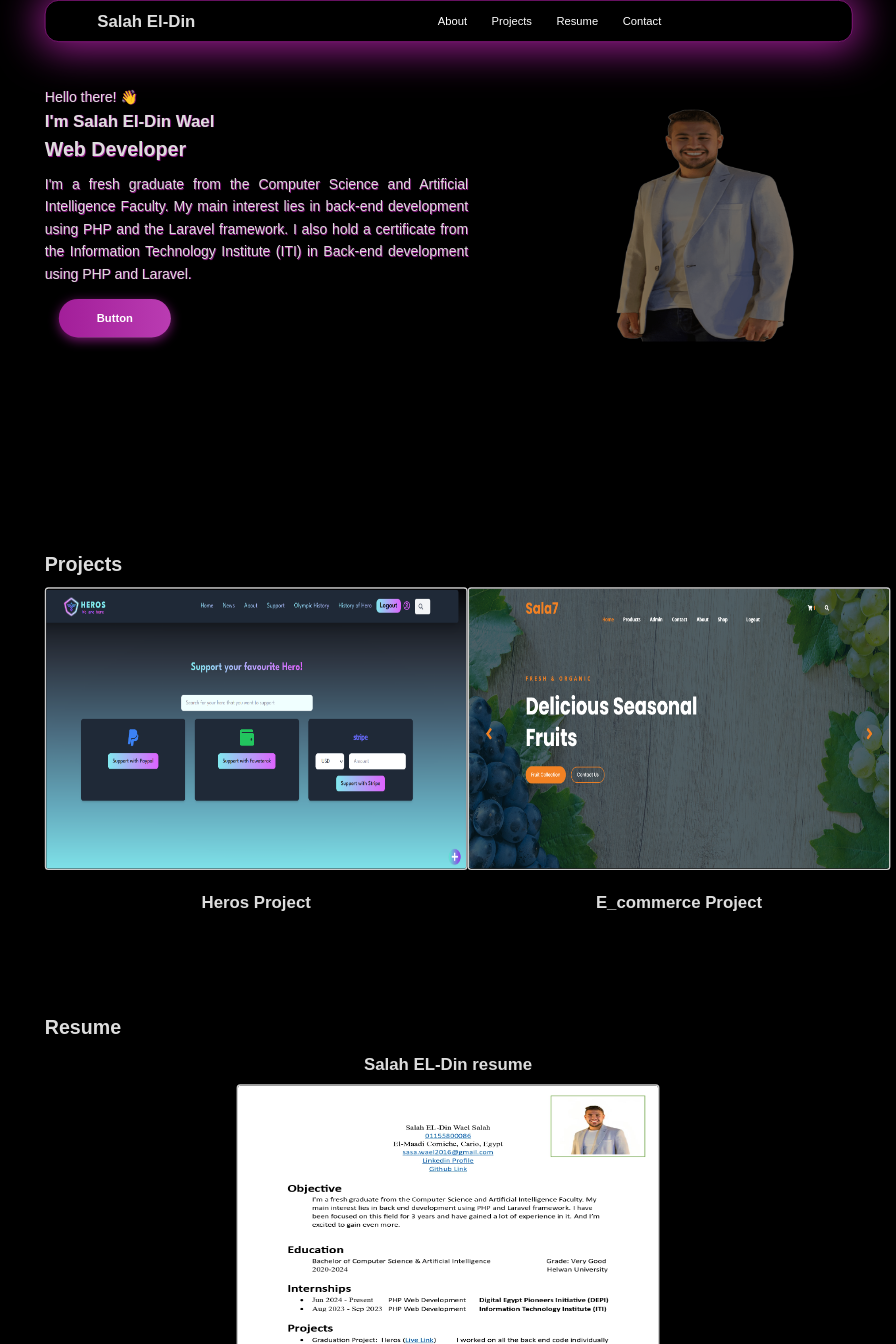
Repository: Salah-Wael/Salah-EL-Din-Portfolio
Page: index.html
An editor plug-in stored every save of this project. The page is shown before and after the next save, followed by the edit.
The browser window is 1280 px wide. The pictures show the part of the page from y = 0 to 1920 px (the page is 2900 px tall), at 70% of full size.

Above is the page before, as saved 2024-07-28 03:08:42.

After the next save:
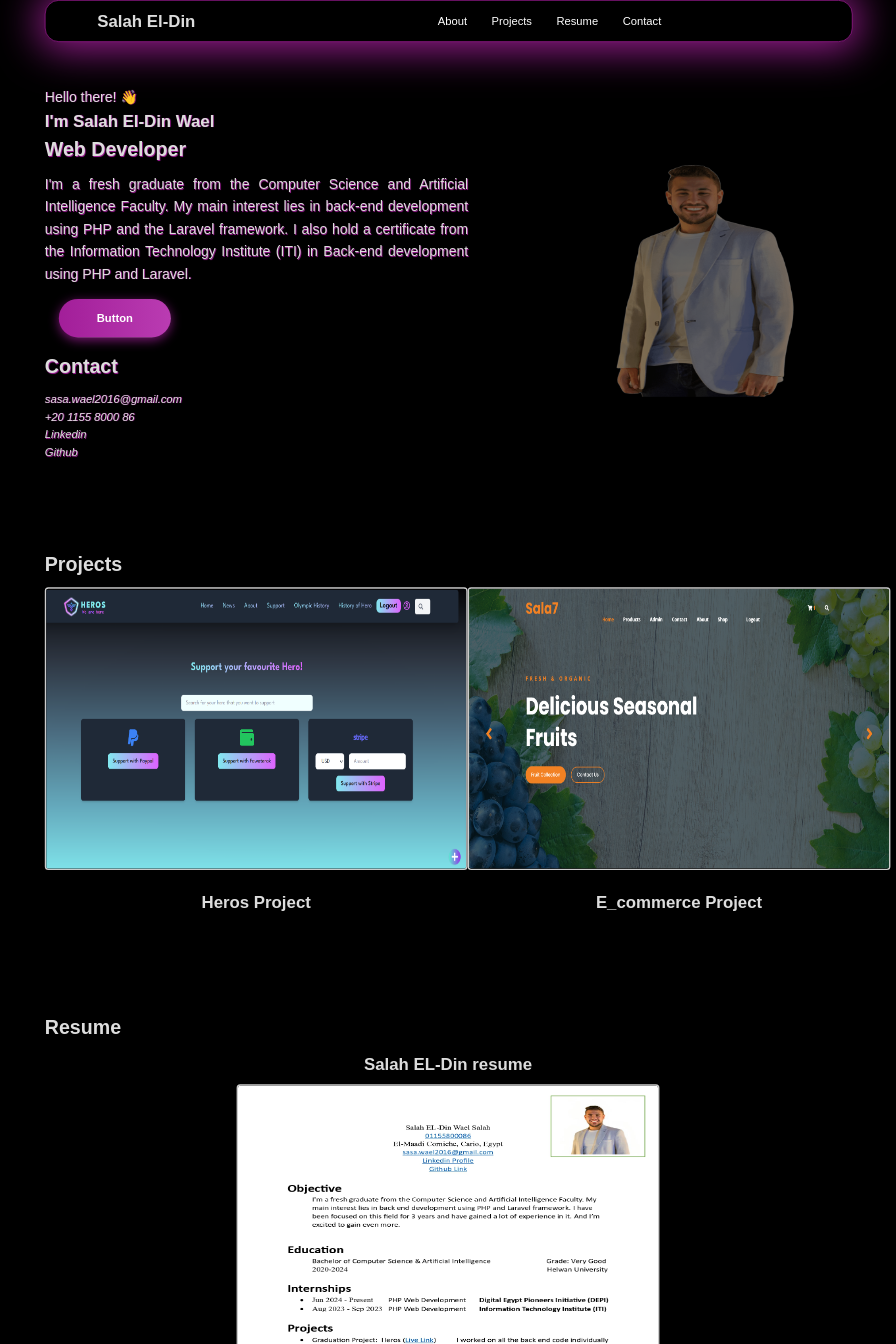
Saved 11 s later.
--- a/index.html
+++ b/index.html
@@ -34,6 +34,14 @@
 
 
         <a href=""><button class="bn632-hover bn22">Button</button></a>
+
+        <h2>Contact</h2>
+    <address>
+      <a href="mailto:sasa.wael2016@gmail.com">sasa.wael2016@gmail.com</a><br>
+      <a href="https://api.whatsapp.com/send/?phone=%2B201155800086" target="_blank">+20 1155 8000 86</a><br>
+      <a href="https://www.linkedin.com/in/salah-eldin" target="_blank">Linkedin</a><br>
+      <a href="https://github.com/Salah-Wael" target="_blank">Github</a><br>
+    </address>
       </div>
       <div class="main-img">
         <img src="./img/me/sasag.png" alt="Salah EL-Din">
